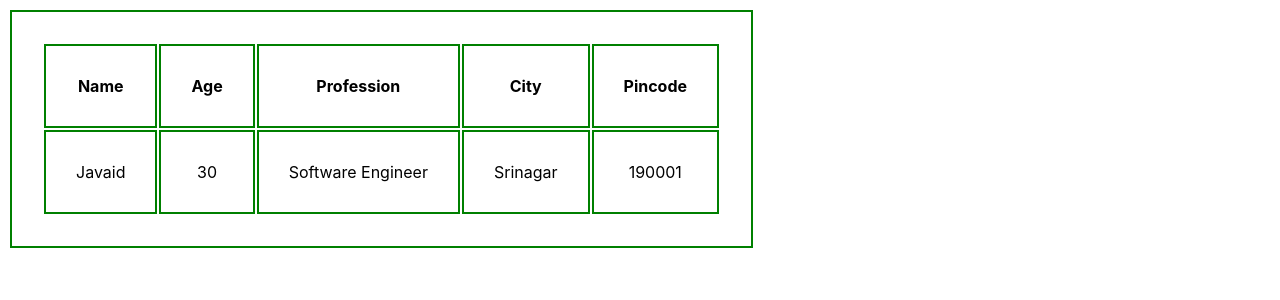
Repository: JavaidAhmadKhan/framer-motion-reacr
Page: /
These files come from the project's save history. The page is drawn as it stood at one moment and after the next save; the edit follows.
The browser window is 1280 px wide. The pictures show the whole page.
The project was rebuilt for these pictures with package versions that can differ from the ones it lists, and the page was loaded fresh each time.

Above is the page before, as saved 2022-05-19 17:54:53.

After the next save:
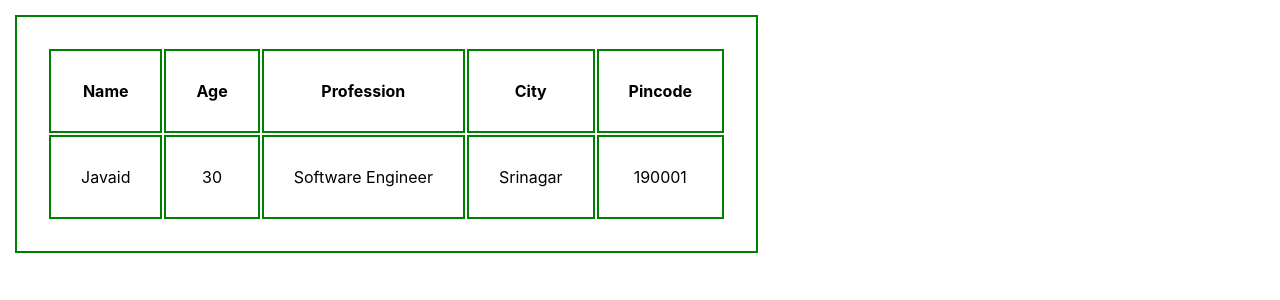
Saved 5 s later.
--- a/src/App.css
+++ b/src/App.css
@@ -7,7 +7,7 @@ th,
 td {
   border: 2px solid green;
   padding: 30px;
-  margin: 10px;
+  margin: 15px;
   justify-content: center;
   align-items: center;
   text-align: center;
